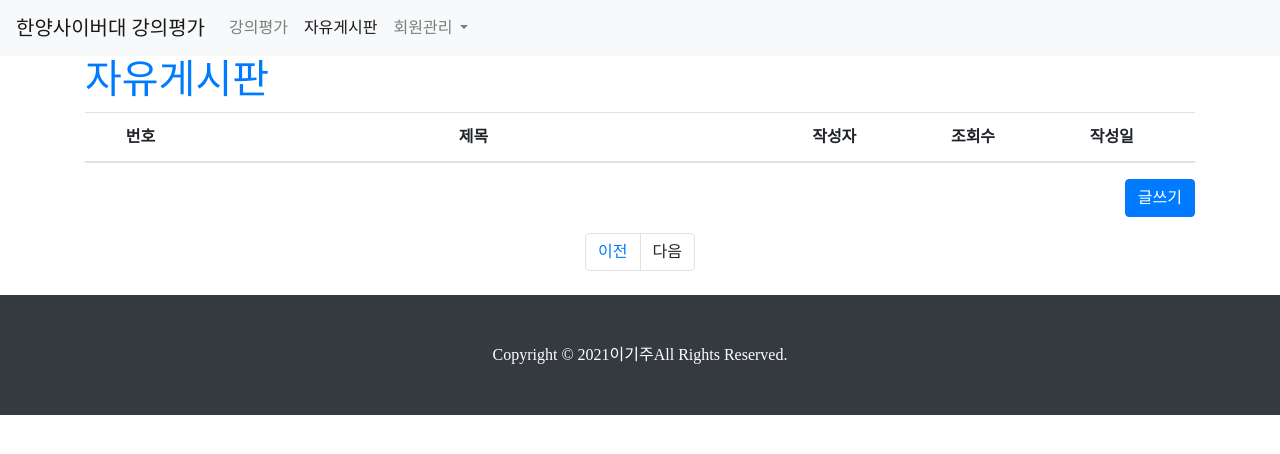
Repository: lkjjjang/hycu
Page: http://localhost/hycujjang/freeBoard.jsp
These files come from the project's save history. The page is drawn as it stood at one moment and after the next save; the edit follows.
The browser window is 1280 px wide. The pictures show the whole page.
Some web fonts or font styles are not loaded; a fallback is used. The page is served by Tomcat 9. Nobody is signed in. The application's start-up code is not run. The template is opened directly, without the code that normally fills it, so the values that code supplies are empty.

Above is the page before, as saved 2022-01-02 05:38:56.

After the next save:
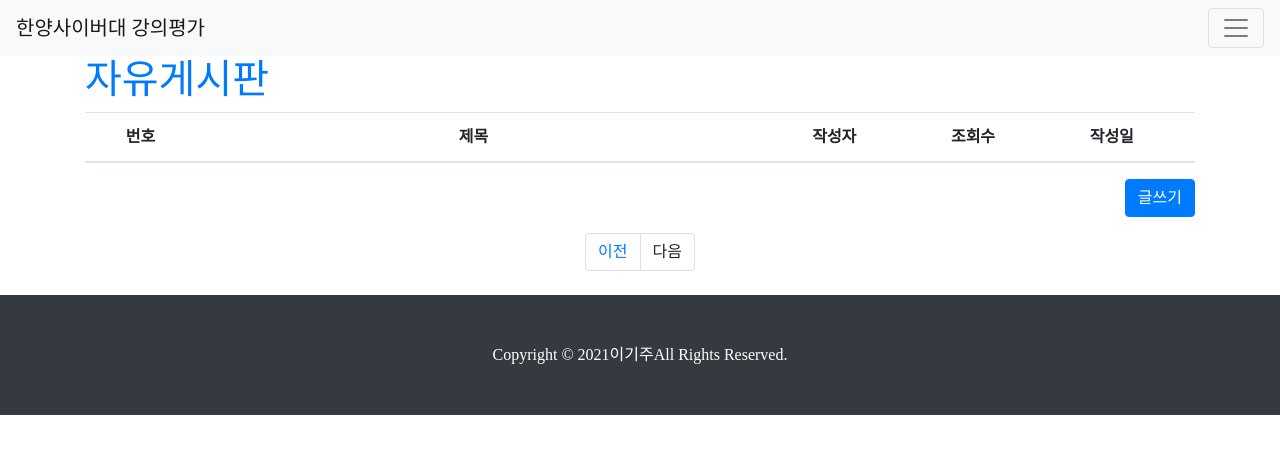
Saved 76 min 40 s later.
--- a/hycujjang/WebContent/freeBoard.jsp
+++ b/hycujjang/WebContent/freeBoard.jsp
@@ -22,7 +22,7 @@
 </head>
 <body>
 
-	<nav class="navbar navbar-expand-lg navbar-light bg-light">
+	<nav class="navbar navbar-expand-mg navbar-light bg-light">
 		<a class="navbar-brand" href="index.jsp">한양사이버대 강의평가</a>
 		<button class="navbar-toggler" type="button" data-toggle="collapse" data-target="#navbar">
 			<span class="navbar-toggler-icon"></span>

After the save that followed:
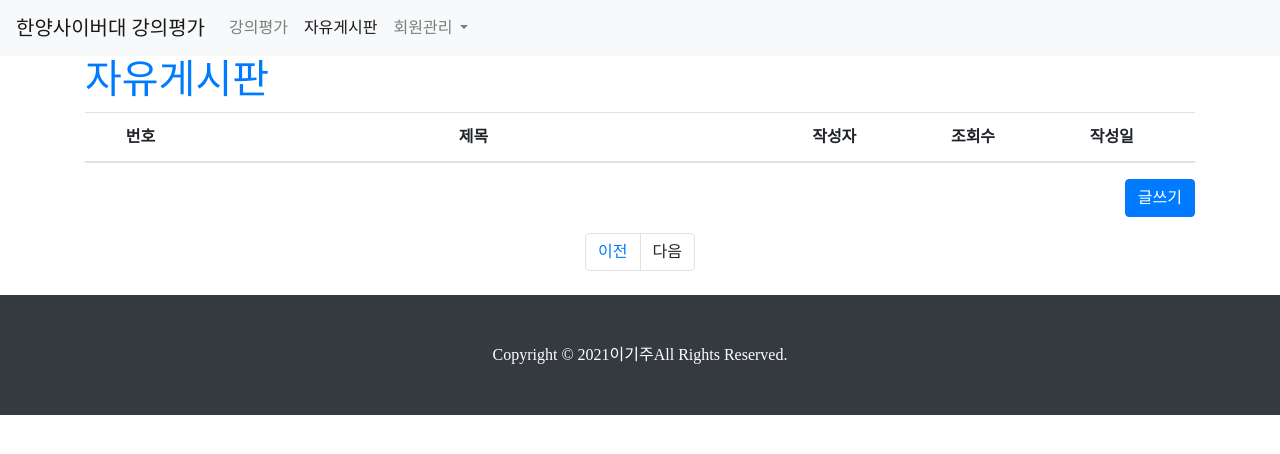
Saved 61 s later.
--- a/hycujjang/WebContent/freeBoard.jsp
+++ b/hycujjang/WebContent/freeBoard.jsp
@@ -22,7 +22,7 @@
 </head>
 <body>
 
-	<nav class="navbar navbar-expand-mg navbar-light bg-light">
+	<nav class="navbar navbar-expand-lg navbar-light bg-light">
 		<a class="navbar-brand" href="index.jsp">한양사이버대 강의평가</a>
 		<button class="navbar-toggler" type="button" data-toggle="collapse" data-target="#navbar">
 			<span class="navbar-toggler-icon"></span>
